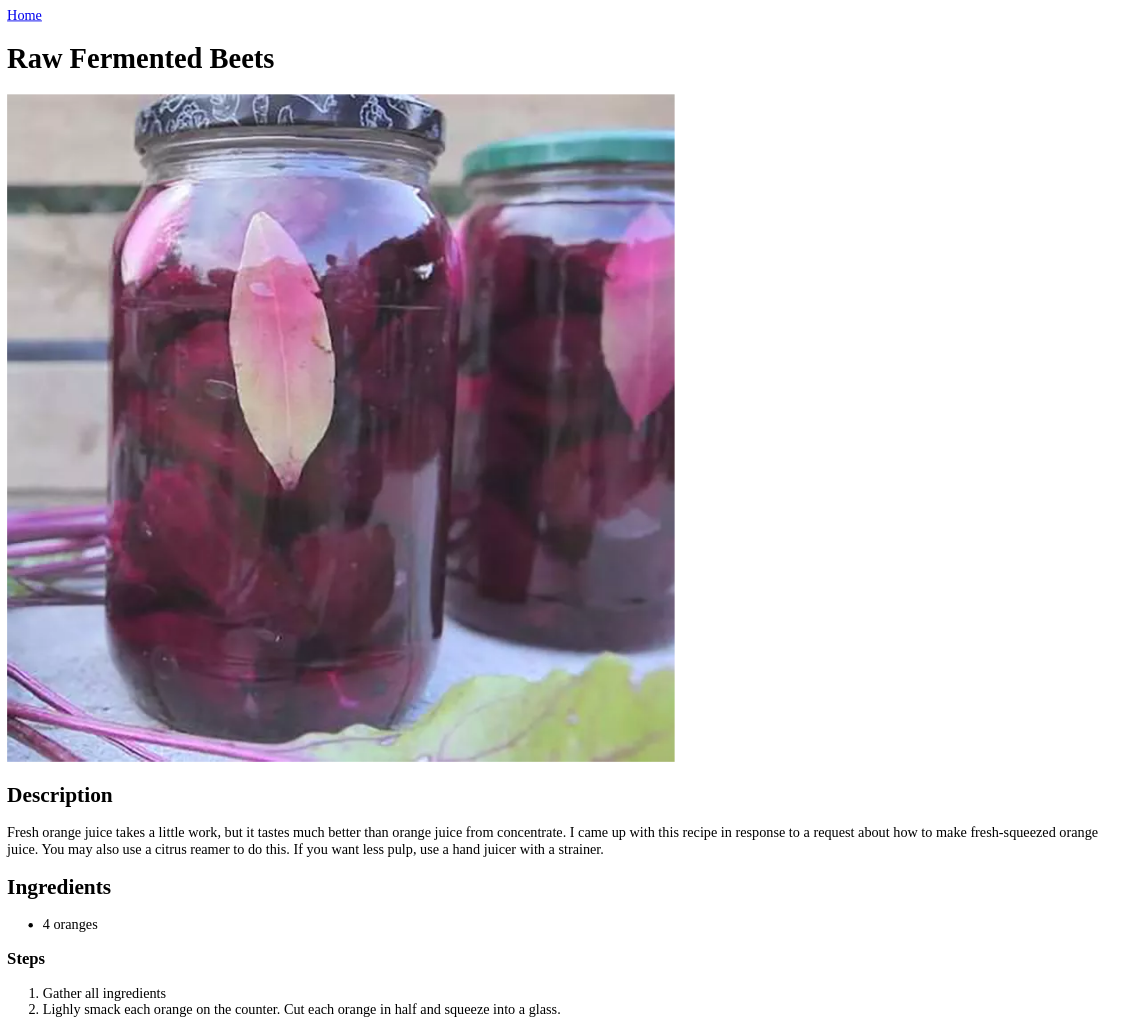
Repository: itsDevAK/odin-recipes
Page: recipes/fermented-beets.html
An editor plug-in stored every save of this project. The page is shown before and after the next save, followed by the edit.
The browser window is 1280 px wide. The pictures show the whole page, at 89% of full size.

Above is the page before, as saved 2026-09-17 13:23:22.

### recipes/fermented-beets.html
<!DOCTYPE html>
<htmlm lang="en">
<head>
    <meta charset="UTF-8">
    <meta name="viewport" content="width=device-width, initial-scale=1.0">
    <title>Raw Fermented Beets</title>
</head>
<body>
    <a href="../index.html">Home</a>
    <h1>Raw Fermented Beets</h1>
    <img src="../images/fermented-beets.webp" alt="">
    <h2>Description</h2>
    <p>Fresh orange juice takes a little work, but it tastes much better than orange juice from concentrate. I came up with this recipe in response to a request about how to make fresh-squeezed orange juice. You may also use a citrus reamer to do this. If you want less pulp, use a hand juicer with a strainer.</p>
    <h2>Ingredients</h2>
    <ul>
        <li>4 oranges</li>
    </ul>
    <h3>Steps</h3>
    <ol>
        <li>Gather all ingredients</li>
        <li>Lighly smack each orange on the counter. Cut each orange in half and squeeze into a glass.</li>
    </ol>
</body>
</htmlm

After the next save:
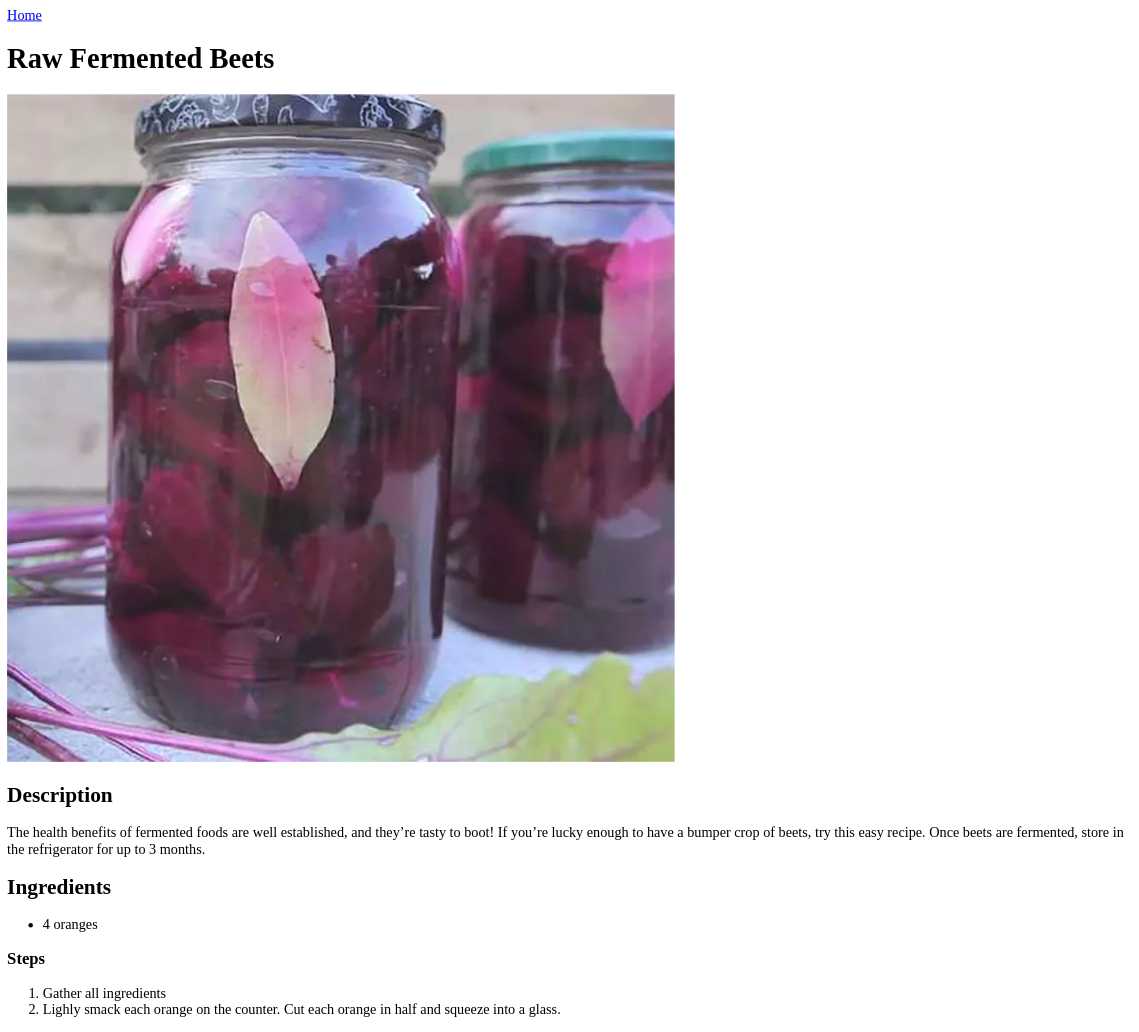
Saved 16 s later.
--- a/recipes/fermented-beets.html
+++ b/recipes/fermented-beets.html
@@ -10,7 +10,7 @@
     <h1>Raw Fermented Beets</h1>
     <img src="../images/fermented-beets.webp" alt="">
     <h2>Description</h2>
-    <p>Fresh orange juice takes a little work, but it tastes much better than orange juice from concentrate. I came up with this recipe in response to a request about how to make fresh-squeezed orange juice. You may also use a citrus reamer to do this. If you want less pulp, use a hand juicer with a strainer.</p>
+    <p>The health benefits of fermented foods are well established, and they’re tasty to boot! If you’re lucky enough to have a bumper crop of beets, try this easy recipe. Once beets are fermented, store in the refrigerator for up to 3 months.</p>
     <h2>Ingredients</h2>
     <ul>
         <li>4 oranges</li>
